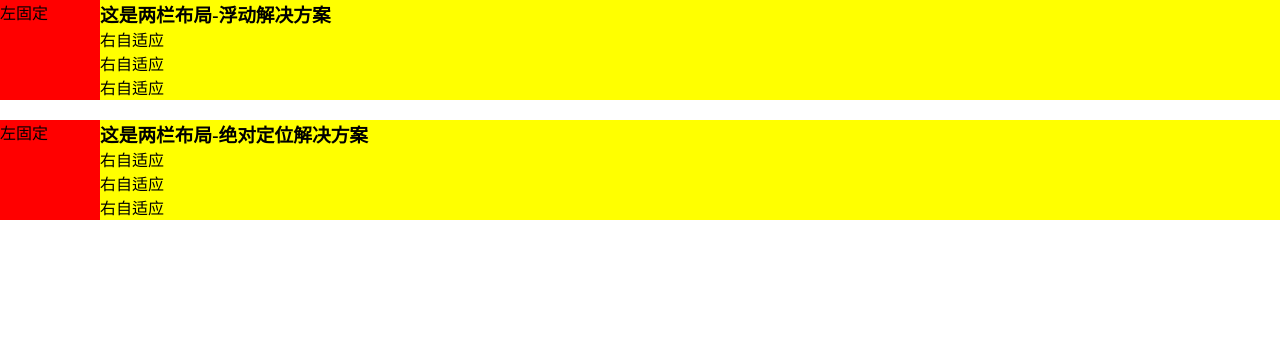
Repository: Qianfane/Blog
Page: 面试相关/测试/2-1、两栏布局-左固定右自适应.html
An editor plug-in stored every save of this project. The page is shown before and after a run of saves, followed by the edit.
The browser window is 1280 px wide. The pictures show the whole page.

Above is the page before, as saved 2022-01-03 16:09:43.

After the next 7 saves:
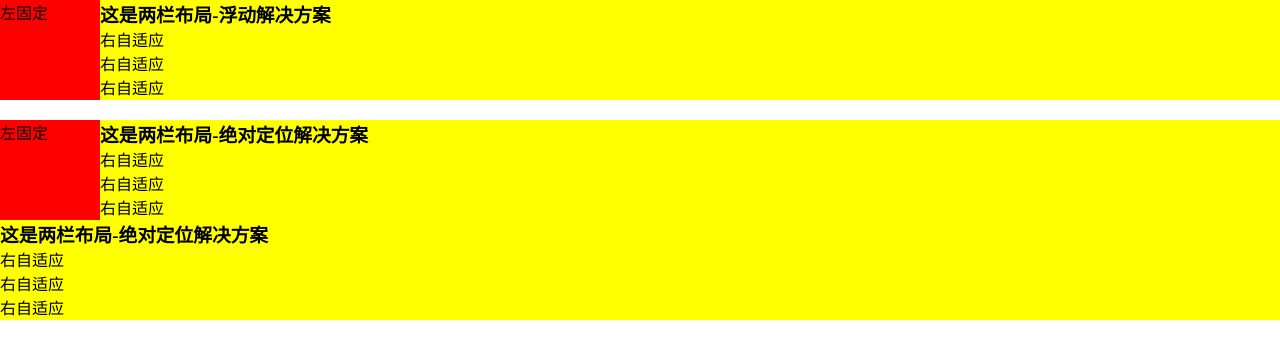
The 7 saves are shown as one change because they came seconds apart.
The last was saved 20 s later.
--- a/面试相关/测试/2-1、两栏布局-左固定右自适应.html
+++ b/面试相关/测试/2-1、两栏布局-左固定右自适应.html
@@ -78,19 +78,16 @@
     </section>
 
     <!-- 弹性布局解决方案 -->
-    <section class="layout absolute">
+    <section class="layout flexbox">
         <style>
-            .layout.absolute .left {
-                position: absolute;
-                left: 0;
+            .layout.flexbox .left {
+
+
                 width: 100px;
                 background: red;
             }
 
-            .layout.absolute .right {
-                position: absolute;
-                left: 100px;
-                right: 0;
+            .layout.flexbox .right {
 
                 background: yellow;
             }
